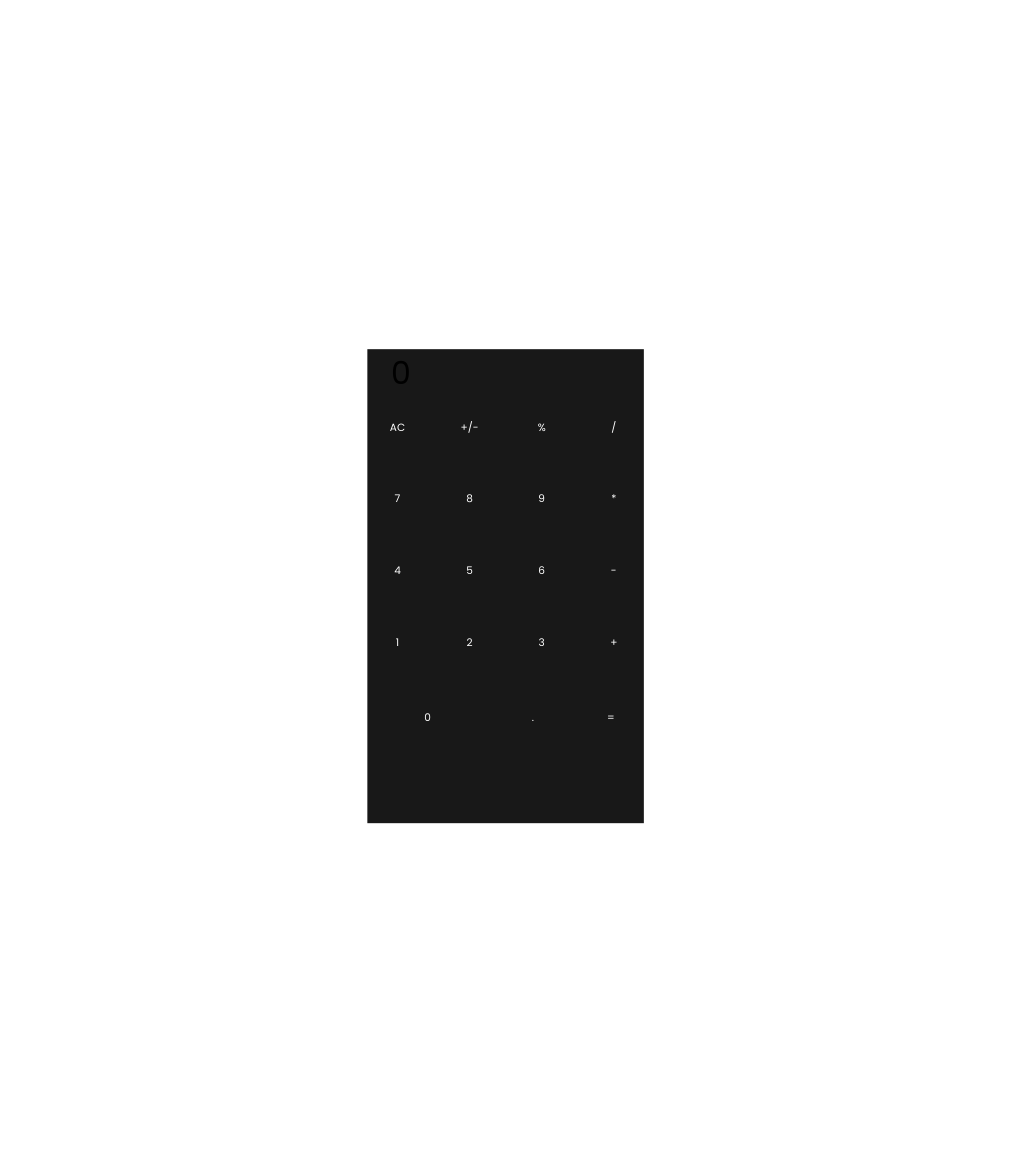
Repository: minhtien9/Calculator
Page: /
An editor plug-in stored every save of this project. The page is shown before and after a run of saves, followed by the edit.
The browser window is 1280 px wide. The pictures show the whole page, at 79% of full size.
The project was rebuilt for these pictures with package versions that can differ from the ones it lists, and the page was loaded fresh each time. Also part of the build but not shown: src/App.css.

Above is the page before, as saved 2022-07-21 18:36:13.

After the next 2 saves:
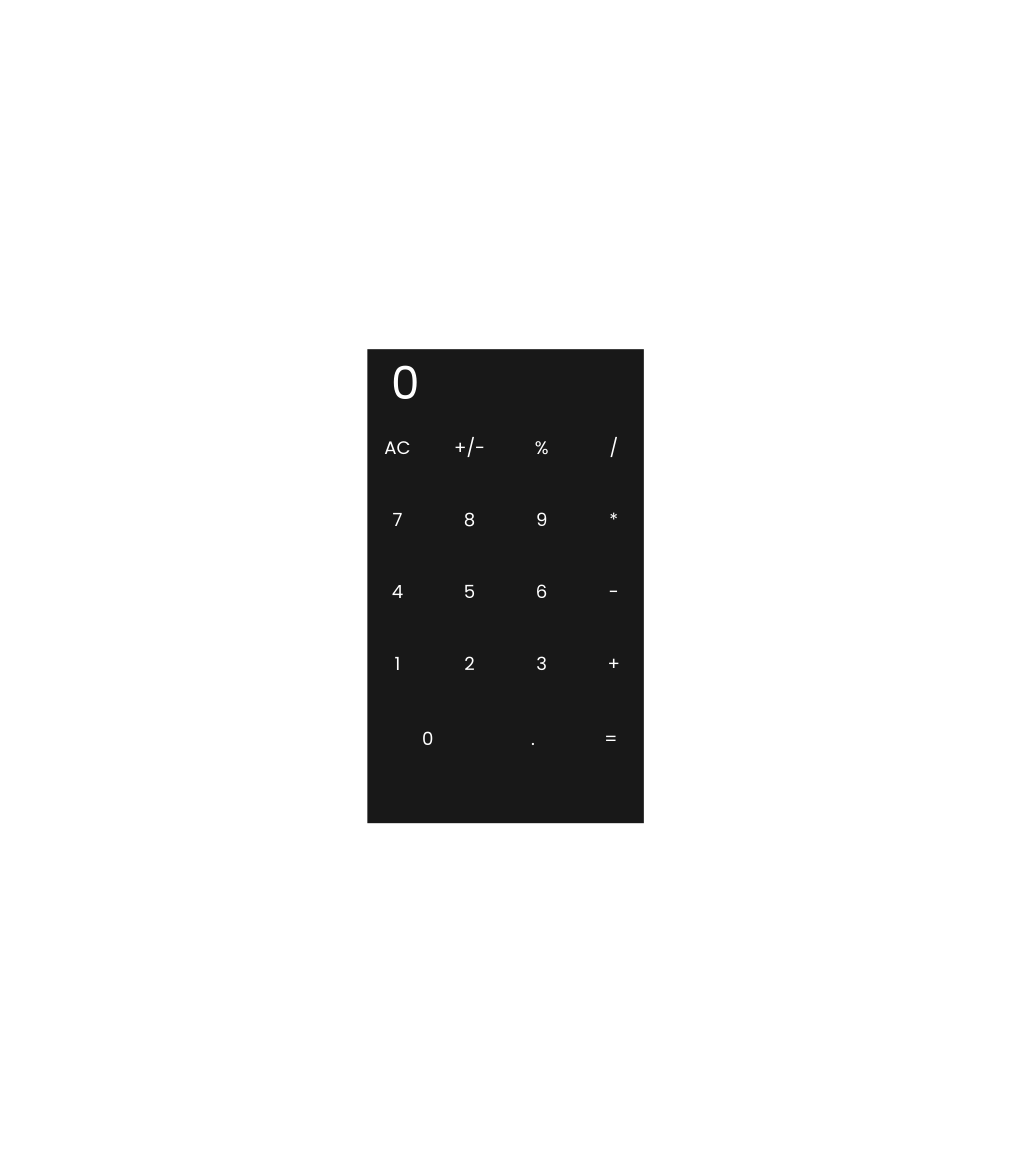
The 2 saves are shown as one change because they came seconds apart.
The last was saved 16 s later.
--- a/src/Components/Caculator.scss
+++ b/src/Components/Caculator.scss
@@ -2,12 +2,13 @@
 
 * {
     font-family: "Poppins";
+    font-size: 23px;
+    color: white;
 }
 
 button {
     border: none;
     background: none;
-    color: white;
 }
 
 .caculator {
